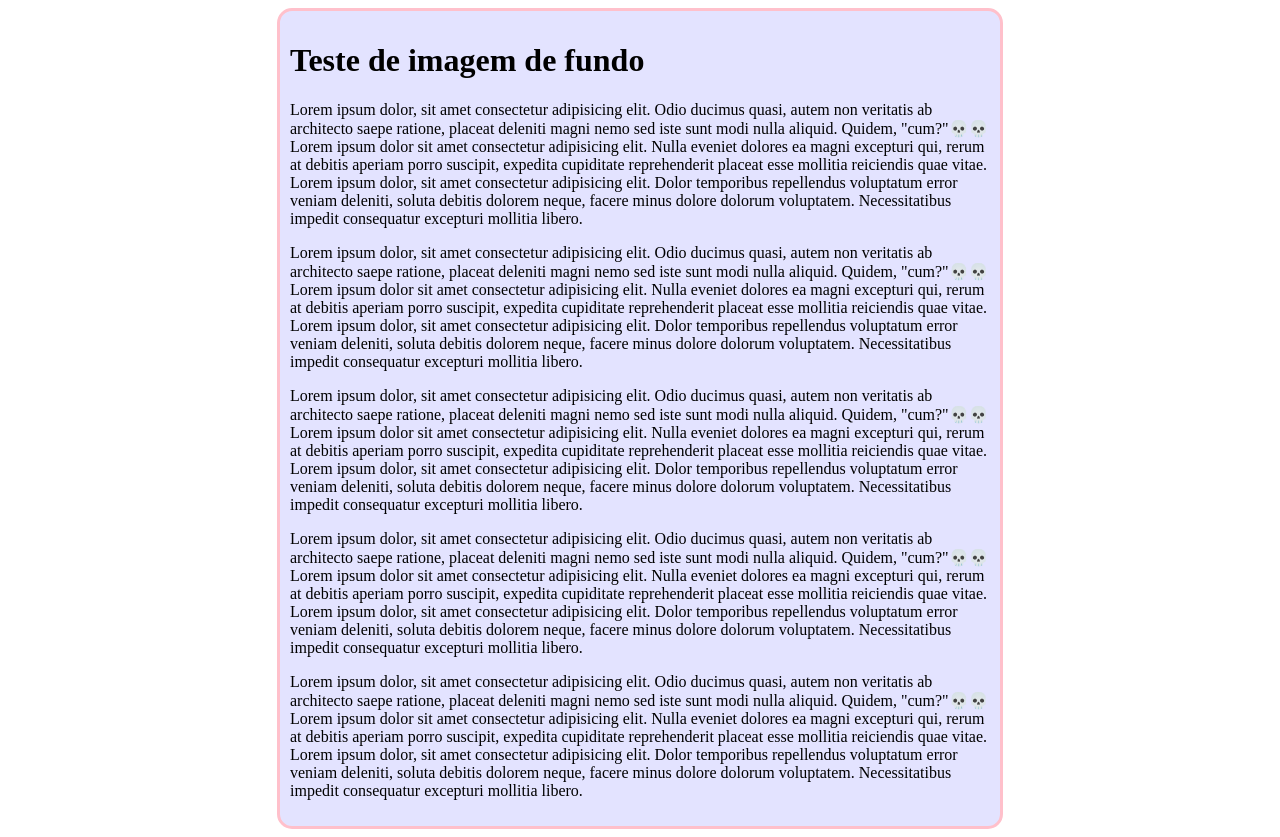
Repository: Codigo404q/html-css
Page: exercicios/ex022/fundo006.html
These files come from the project's save history. The page is drawn as it stood at one moment and after the next save; the edit follows.
The browser window is 1280 px wide. The pictures show the whole page.
Backgrounds fixed to the window are drawn as part of the page.

Above is the page before, as saved 2024-01-05 22:46:08.

After the next save:
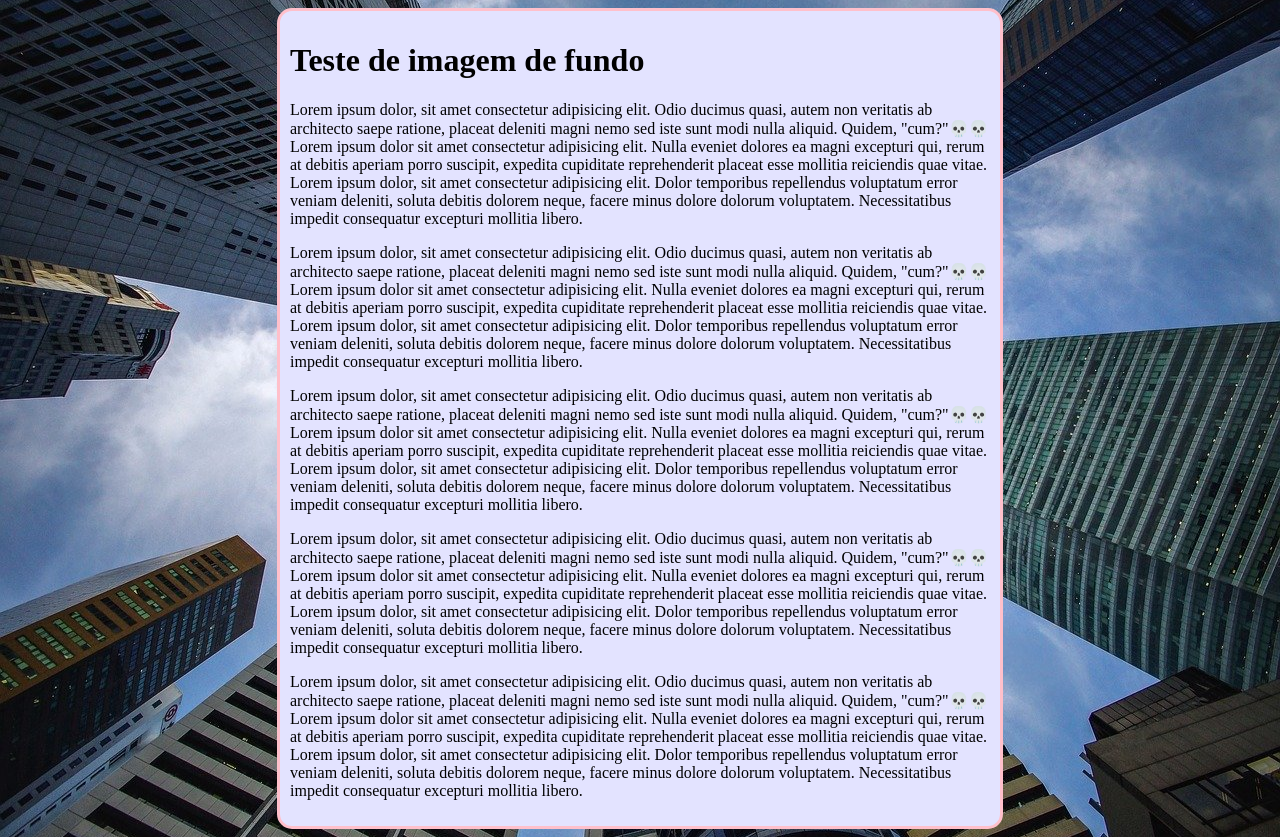
Saved 20 s later.
--- a/exercicios/ex022/fundo006.html
+++ b/exercicios/ex022/fundo006.html
@@ -18,7 +18,7 @@
                 color > image > position > repeat > [size] > attachment
             */
 
-            background: lightblue url(imagens/wallpaper002.jpg) center center no-repeat cover fixed;
+            background: lightblue url(imagens/wallpaper002.jpg) center center no-repeat fixed;
         }
 
         main {
